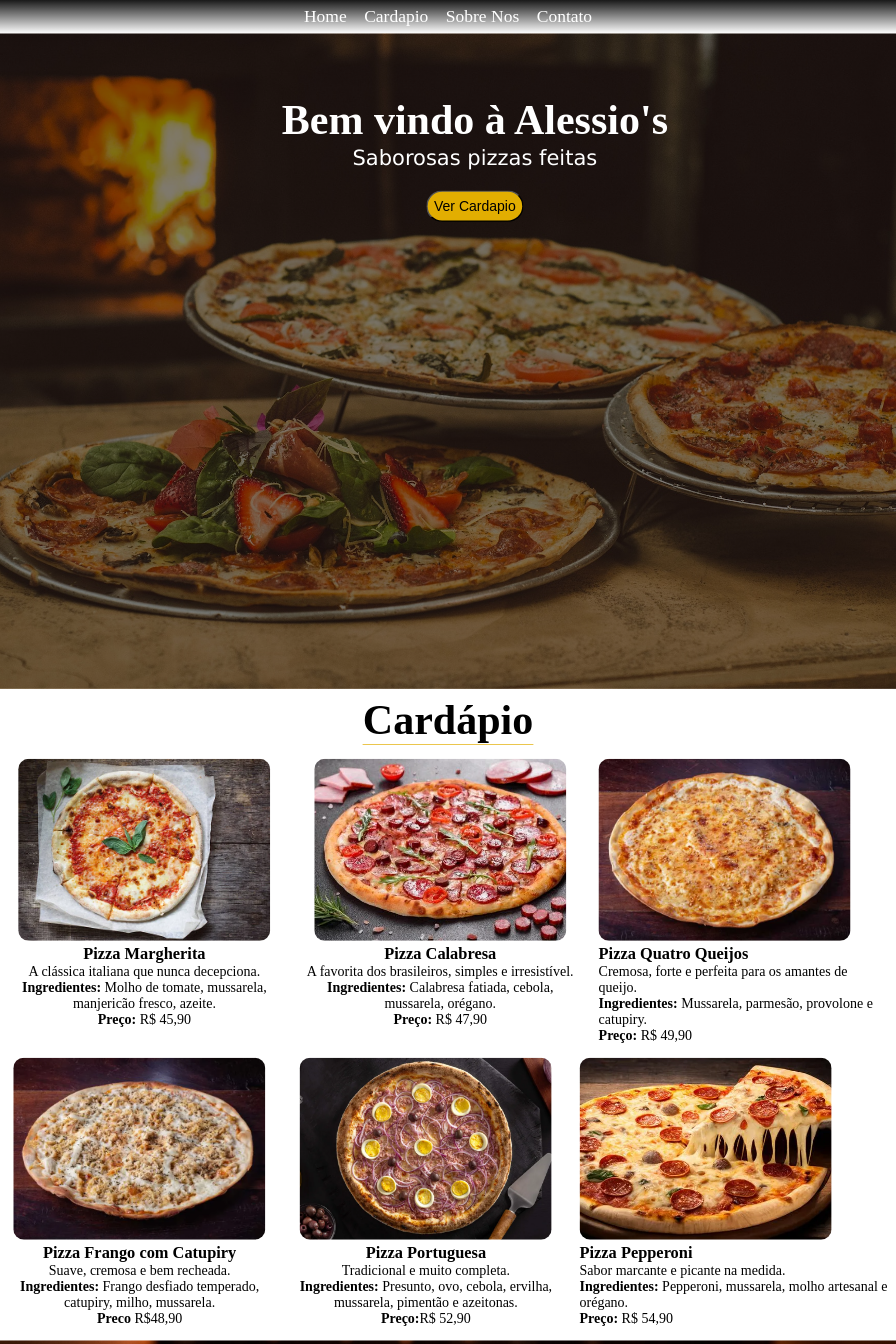
Repository: Mateushlp/landing-page-pizza
Page: index.html
An editor plug-in stored every save of this project. The page is shown before and after a run of saves, followed by the edit.
The browser window is 1280 px wide. The pictures show the part of the page from y = 0 to 1920 px (the page is 2788 px tall), at 70% of full size.

Above is the page before, as saved 2026-05-03 10:58:27.

### index.html
<!DOCTYPE html>
<html lang="en">
<head>
    <meta charset="UTF-8">
    <meta name="viewport" content="width=device-width, initial-scale=1.0">
    <link rel="stylesheet" href="style.css">
    <title>Document</title>
</head>
<body>
    <header>
        <nav>
            <ul>
                <li> <a href="http://"> Home</li></a>
                <li> <a href="http://">Cardapio</li></a>
                <li> <a href="http://">Sobre Nos</li></a>
                <li> <a href="http://">Contato</li></a>
            </ul>
        </nav>
    </header>

    <section class="inicio">
        <div class="texto">
        <h1>Bem vindo à Alessio's</h1>
        <p>Saborosas pizzas feitas </p>
        <button class="btn1">Ver Cardapio</button>
        </div>
    </section>

    <section class="cardapio">
        <h2 class="cardapio1">Cardápio</h2>
    </section>

    <div class="prato">
        <div class="pratos1">
            <img src="./img/margherita-pizza.jpg" alt="">
            <h3>Pizza Margherita</h3>
            <p> A clássica italiana que nunca decepciona. <br>
          <strong>Ingredientes:</strong>  Molho de tomate, mussarela, manjericão fresco, azeite. <br>
        <strong>Preço:</strong> R$ 45,90
    </p>
        </div>
            <div class="pratos2">
                <img src="./img/3140217-pizza-calabresa.jpg" alt="">
                <h3>Pizza Calabresa</h3>
                <p>A favorita dos brasileiros, simples e irresistível. <br>
                <strong>Ingredientes:</strong> Calabresa fatiada, cebola, mussarela, orégano. <br>
                    <strong>Preço:</strong> R$ 47,90
            </p>
            </div>
                <div class="pratos3">
                    <img src="./img/Quatro-Queijos.jpg" alt="">
                    <h3>Pizza Quatro Queijos</h3>
                    <p>Cremosa, forte e perfeita para os amantes de queijo. <br>
                    <strong>Ingredientes:</strong>  Mussarela, parmesão, provolone e catupiry. <br>
                        <strong>Preço: </strong>R$ 49,90
                </p>
                </div>
                </div>

                <div class="prato2">
                <div class="pratos1">
                    <img src="./img/Frango-com-Catupiry-2.jpg" alt="">
                    <h3>Pizza Frango com Catupiry</h3>
                    <p>Suave, cremosa e bem recheada. <br>
                   <strong>Ingredientes:</strong> Frango desfiado temperado, catupiry, milho, mussarela. <br>
                   <strong>Preco </strong> R$48,90
                </p>
                </div>
                <div class="pratos2">
                    <img src="./img/pizza-portuguesa.jpg" alt="">
                    <h3>Pizza Portuguesa</h3>
                    <p>Tradicional e muito completa. <br>
                   <strong>Ingredientes:</strong>  Presunto, ovo, cebola, ervilha, mussarela, pimentão e azeitonas. <br>
                    <strong>Preço:</strong>R$ 52,90
                </p>
                </div>
                <div class="pratos3">
                    <img src="./img/the-pepperoni-pizza-and-a-piece-of-streched-cheese-pizza-with-ai-generated-free-photo.jpg" alt="">
                    <h3>Pizza Pepperoni</h3>
                    <p>Sabor marcante e picante na medida. <br>
                  <strong>Ingredientes:</strong>   Pepperoni, mussarela, molho artesanal e orégano. <br>
                <strong>Preço:</strong> R$ 54,90</p>

                </div>
                </div>
                </div>




    <section class="sobre">
        <div class="sobre1">
        <h2>Sobre nos</h2>
        <p>Nossa pizzaria e dedicada a criar as melhores pizzas do mundo com ingrendientes frescos e receitas exclusivas</p>
    </div>
    </section>

<section id="contato" class="contato">
    <h2>Contato</h2>

    <div class="contato-info">
        <div class="box">
            <h3>Telefone</h3>
            <p>(35) 99744-0140</p>
        </div>

        <div class="box">
            <h3>Endereço</h3>
            <p>Rua Tal Tal, Nº 123 , Centro , Lavras/MG</p>
        </div>

        <div class="box">
            <h3>Email</h3>
            <p>mateus@gmail.com</p>
        </div>
            <div class="box">
                <h3>Hórario de Funcionamento</h3>
                <p>Segunda a Sábado 11h00 às 23h00 - Domingo: 16h00 às 23H00</p>
            </div>
    </div>
</section>
        <div class="pedir">
        <button class="btn2">Peca Agora Mesmo!</button>
        </div>


    <footer>
        <h2>&copy; 2025 Alessio's Pizzaria</h2>
    </footer>

</body>
</html>

### style.css
*{
    margin:0;
    padding: 0;
    box-sizing: border-box;
}

nav ul {
    display: flex;
    gap: 25px;
    list-style: none;
    justify-content: center;
    font-size: 25px;
    padding: 10px;
      background: linear-gradient(to bottom, rgba(0,0,0,0.9), rgba(0,0,0,0));
    position: relative;
    z-index: 10; /* garante que o menu fique acima da imagem */
}

nav ul a{
    text-decoration: none;
    color: #fff;
    margin-top: 10px;
}

nav ul a:hover{
    border-radius: 20px;
    background-color: black;
    color: #af8600;
}

.inicio{


       background:
        linear-gradient(rgba(0,0,0,0.5), rgba(0,0,0,0.5)),
        url(./img/background-meio.jpg);
    background-size: cover;
    background-position: center;
    height: 130vh;

     background:
        linear-gradient(rgba(0,0,0,0.5), rgba(0,0,0,0.5)),
        url(./img/background-meio.jpg);
    background-size: cover;
    background-position: center;
    height: 130vh;
}

.texto{
    display: flex;
    flex-direction: column;
    align-items: center;
    color: #fff;
    padding-top: 7%;
    padding-left: 6%;
    font-size: 40px;
}
.texto p{
    font-family: 'Lucida Sans', 'Lucida Sans Regular', 'Lucida Grande', 'Lucida Sans Unicode', Geneva, Verdana, sans-serif;
    font-size: 30px;

}
.btn1{
 background-color: #e2ae01;
 border-radius: 30px;
 font-size: 20px;
 margin-top: 30px;
 padding: 9px;
 cursor:pointer;
}
.cardapio{
    text-align: center;
    padding: 10px;
    font-size: 40px;
}
.cardapio1{
    display: inline-block;
    border-bottom: 1px solid #e2ae01;
}
.prato{
    margin: 10px;
    display: flex;
    gap: 30px;
    font-size: 20px;
    margin-bottom: 20px;
}

.prato2{
    margin: 10px;
    display: flex;
    gap: 30px;
    font-size: 20px;
    margin-bottom: 20px;
}


.prato img,
.prato2 img {
    width: 50vh;
    height: 260px;
    object-fit: cover;
    border-radius: 15px;
}
.pratos1,
.pratos2 {
    width: 35%;
    text-align: center;
}

.sobre{
    background-image: url(./img/background.jpg);
    background-size: cover;
    background-position: center;
    height: 50vh;
}
.sobre1{
    display: flex;
    align-items: center;
    padding-top: 40px;
    font-size: 30px;
    flex-direction: column;
    color: #fff;
}
.sobre1 p{
    font-size: 20px;
}

.contato {
    padding: 50px 0;
    text-align: center;
}

.contato-info {
    display: flex;
    justify-content: center;
    gap: 60px;
    margin-top: 20px;
    flex-wrap: wrap;
}

.contato-info .box {

    padding: 20px 30px;
    border-radius: 15px;

}

.contato-info h3 {
    font-size: 24px;
    color: #af8600;
}

.contato-info p {
    font-size: 18px;
    color: #000;
}

.pedir{
    display: flex;
    justify-content: center;
    align-items: center;
    text-align: center;
}
.btn2{
     background-color: #e2ae01;
 border-radius: 30px;
 font-size: 20px;
 margin-bottom: 20px;
 padding: 9px;
 cursor:pointer;

}
footer{
      background-color: #1a1a1a;
      color: #d4af37;
  text-align: center;
  padding: 20px;
  font-size: 14px;
}

After the next 2 saves:
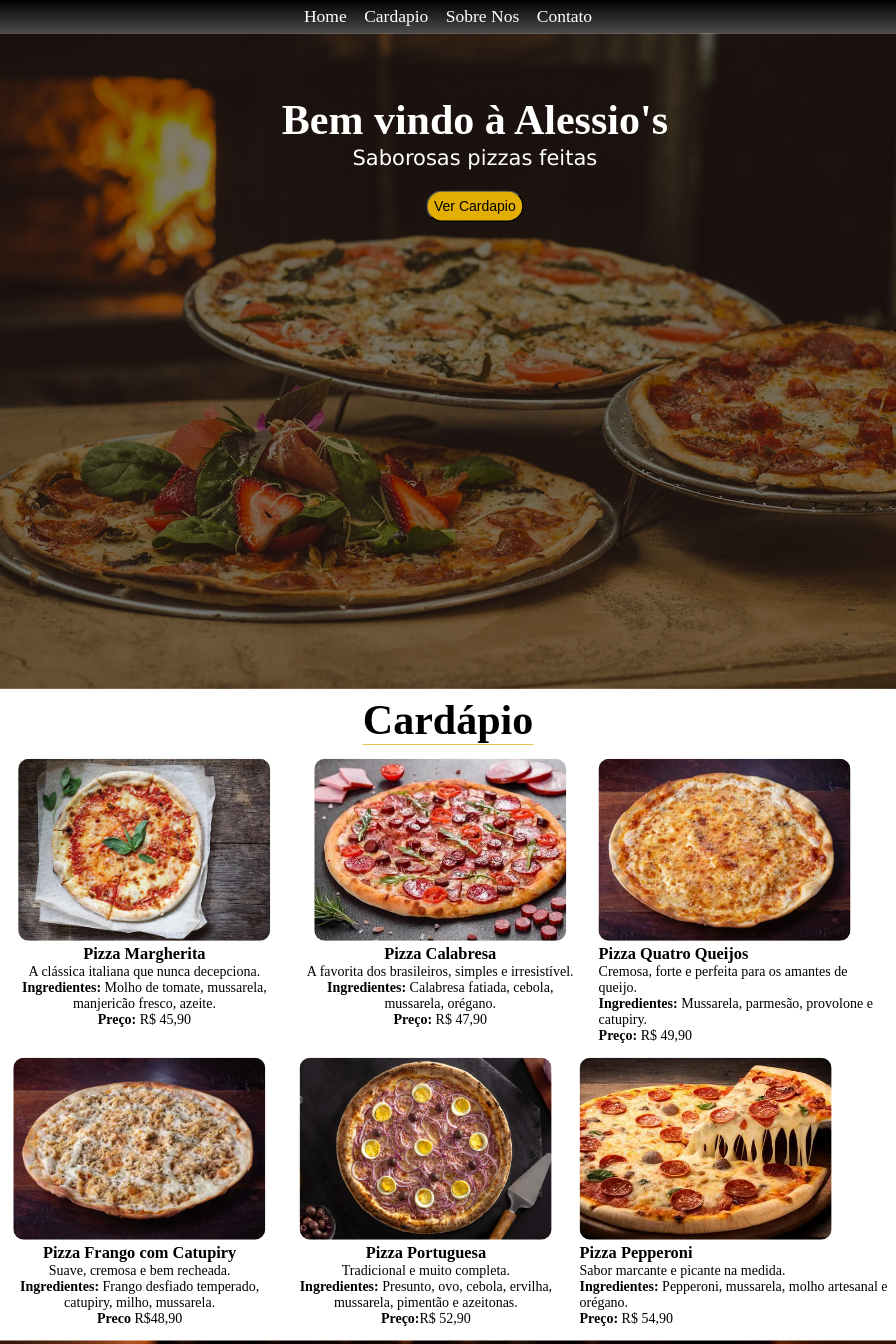
The 2 saves are shown as one change because they came seconds apart.
The last was saved 7 s later.
--- a/style.css
+++ b/style.css
@@ -11,9 +11,7 @@ nav ul {
     justify-content: center;
     font-size: 25px;
     padding: 10px;
-      background: linear-gradient(to bottom, rgba(0,0,0,0.9), rgba(0,0,0,0));
-    position: relative;
-    z-index: 10; /* garante que o menu fique acima da imagem */
+     background: linear-gradient(to bottom, rgb(00, 0, 0), rgba(0,0,0,0.7));
 }
 
 nav ul a{
@@ -29,15 +27,6 @@ nav ul a:hover{
 }
 
 .inicio{
-
-
-       background:
-        linear-gradient(rgba(0,0,0,0.5), rgba(0,0,0,0.5)),
-        url(./img/background-meio.jpg);
-    background-size: cover;
-    background-position: center;
-    height: 130vh;
-
      background:
         linear-gradient(rgba(0,0,0,0.5), rgba(0,0,0,0.5)),
         url(./img/background-meio.jpg);
